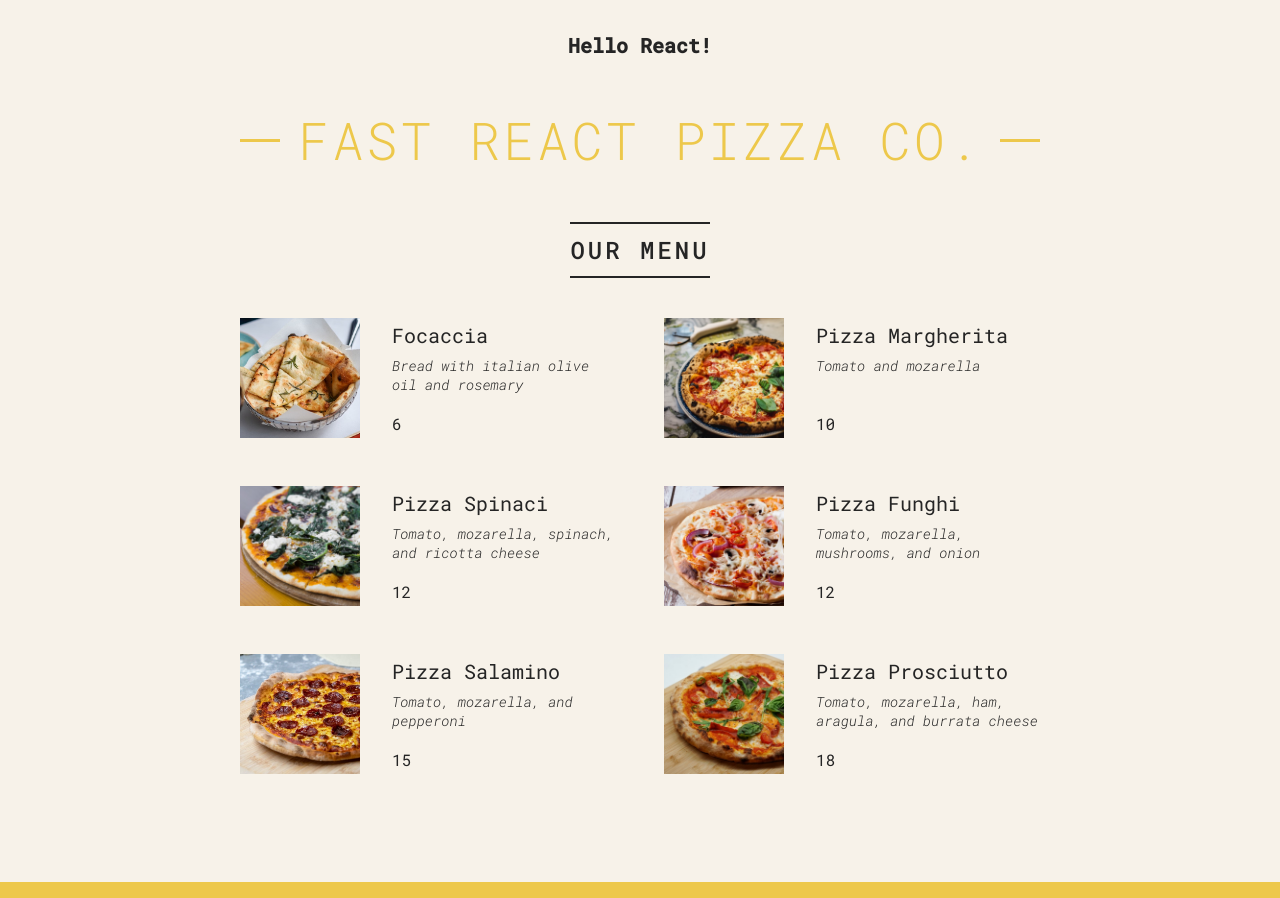
Repository: Alphosmart/03_pizza-menu
Page: /
The author's editor kept a copy of each file at every save. The page is drawn from the files as they stood at one save, then again after the next save.
The browser window is 1280 px wide. The pictures show the whole page.
The project was rebuilt for these pictures with package versions that can differ from the ones it lists, and the page was loaded fresh each time.

Above is the page before, as saved 2024-06-01 23:50:12.

### src/index.js
import React from "react";
import ReactDOM from "react-dom/client";
import "./index.css";

const pizzaData = [
  {
    name: "Focaccia",
    ingredients: "Bread with italian olive oil and rosemary",
    price: 6,
    photoName: "pizzas/focaccia.jpg",
    soldOut: false,
  },
  {
    name: "Pizza Margherita",
    ingredients: "Tomato and mozarella",
    price: 10,
    photoName: "pizzas/margherita.jpg",
    soldOut: false,
  },
  {
    name: "Pizza Spinaci",
    ingredients: "Tomato, mozarella, spinach, and ricotta cheese",
    price: 12,
    photoName: "pizzas/spinaci.jpg",
    soldOut: false,
  },
  {
    name: "Pizza Funghi",
    ingredients: "Tomato, mozarella, mushrooms, and onion",
    price: 12,
    photoName: "pizzas/funghi.jpg",
    soldOut: false,
  },
  {
    name: "Pizza Salamino",
    ingredients: "Tomato, mozarella, and pepperoni",
    price: 15,
    photoName: "pizzas/salamino.jpg",
    soldOut: true,
  },
  {
    name: "Pizza Prosciutto",
    ingredients: "Tomato, mozarella, ham, aragula, and burrata cheese",
    price: 18,
    photoName: "pizzas/prosciutto.jpg",
    soldOut: false,
  },
];

function App() {
  return (
    <div className="container">
      <h1>Hello React!</h1>
      <Header />
      <Menu />
      <Footer />
    </div>
  );
}

function Header() {
  // const style = { color: "red", fontSize: "48px", textTransform: "Uppercase" };
  const style = {};
  return (
    <header className="header">
      <h1 style={style}>Fast React Pizza Co.</h1>
    </header>
  );
}

function Menu() {
  const pizzas = pizzaData;

  return (
    <main className="menu">
      <h2>Our Menu</h2>
      {pizzas && (
        <ul className="pizzas">
          {pizzas.map((pizza) => (
            <Pizza pizzaObj={pizza} key={pizza.name} />
          ))}
        </ul>
      )}

      {/* <Pizza
        name="Pizza Spinaci"
        ingredients="Tomato, mozarella, spinach, and ricotta cheese"
        photoName="pizzas/spinaci.jpg"
        price={10}
      />
      <Pizza
        name="Pizza Funghi"
        ingredients="Tomato, mushrooms"
        price={12}
        photoName="pizzas/funghi.jpg"
      /> */}
    </main>
  );
}

function Pizza(props) {
  console.log(props);
  return (
    <li className="pizza">
      <img src={props.pizzaObj.photoName} alt={props.pizzaObj.name} />

      <div>
        <h3>{props.pizzaObj.name}</h3>
        <p>{props.pizzaObj.ingredients}</p>
        <span>{props.pizzaObj.price}</span>
      </div>
    </li>
  );
}
function Footer() {
  const hour = new Date().getHours();
  const openHour = 20;
  const closeHour = 24;
  const isOpen = hour >= openHour && hour <= closeHour;
  console.log(isOpen);
  // if (hour >= openHour && hour <= closeHour) alert("We're currently open!");
  // else alert("Sorry We're closed!");
  return (
    <footer className="footer">
      {isOpen && (
        <div className="order">
          <p>We're open until {closeHour}:00. Come visit us or order online.</p>
          <button className="btn">Order</button>
        </div>
      )}
    </footer>
  );

  // return React.createElement("footer", null, "We're currently open!");
}

// React v18
const root = ReactDOM.createRoot(document.getElementById("root"));
root.render(
  <React.StrictMode>
    <App />
  </React.StrictMode>
); // or root.render<App />);

//React before v18
// React.render(<App />, document.getElementById("root"));

Loaded but not shown: public/index.html (common file); src/index.css (common file)

After the next save:
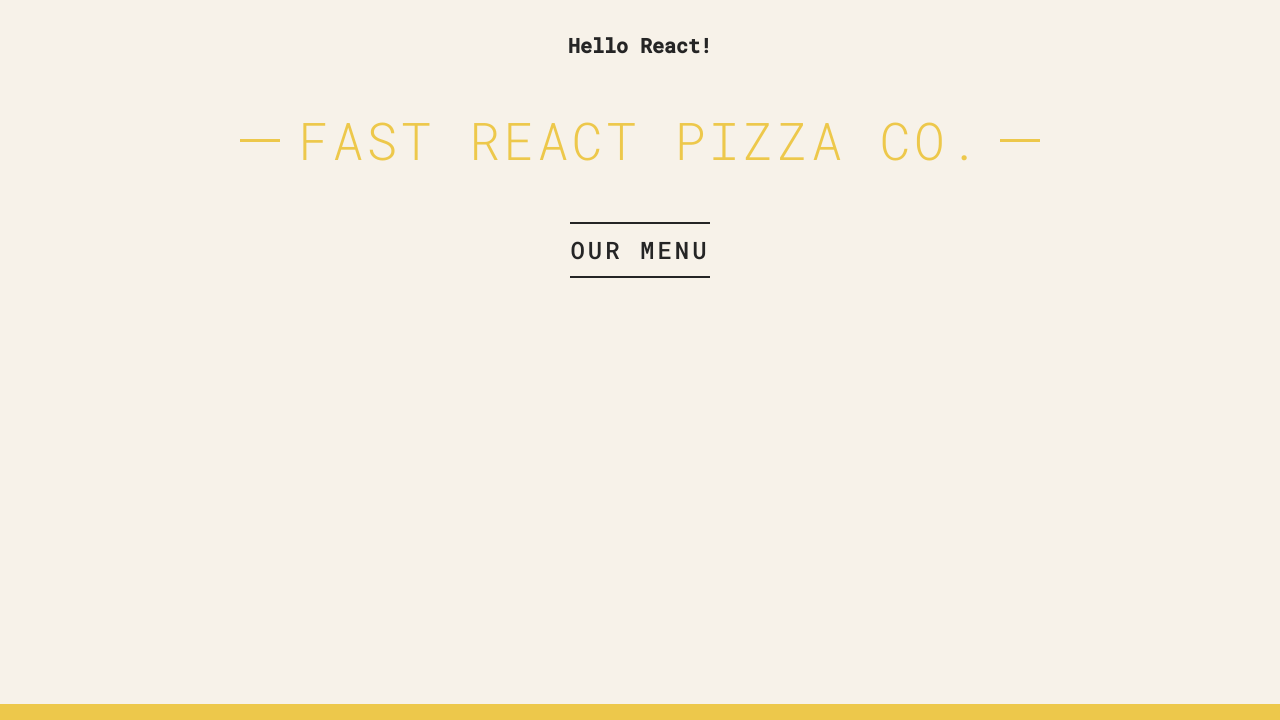
Saved 2 min 3 s later.
--- a/src/index.js
+++ b/src/index.js
@@ -69,7 +69,8 @@
 }
 
 function Menu() {
-  const pizzas = pizzaData;
+  const pizzas = [];
+  const numPizzas = pizzas.length;
 
   return (
     <main className="menu">

After the save that followed:
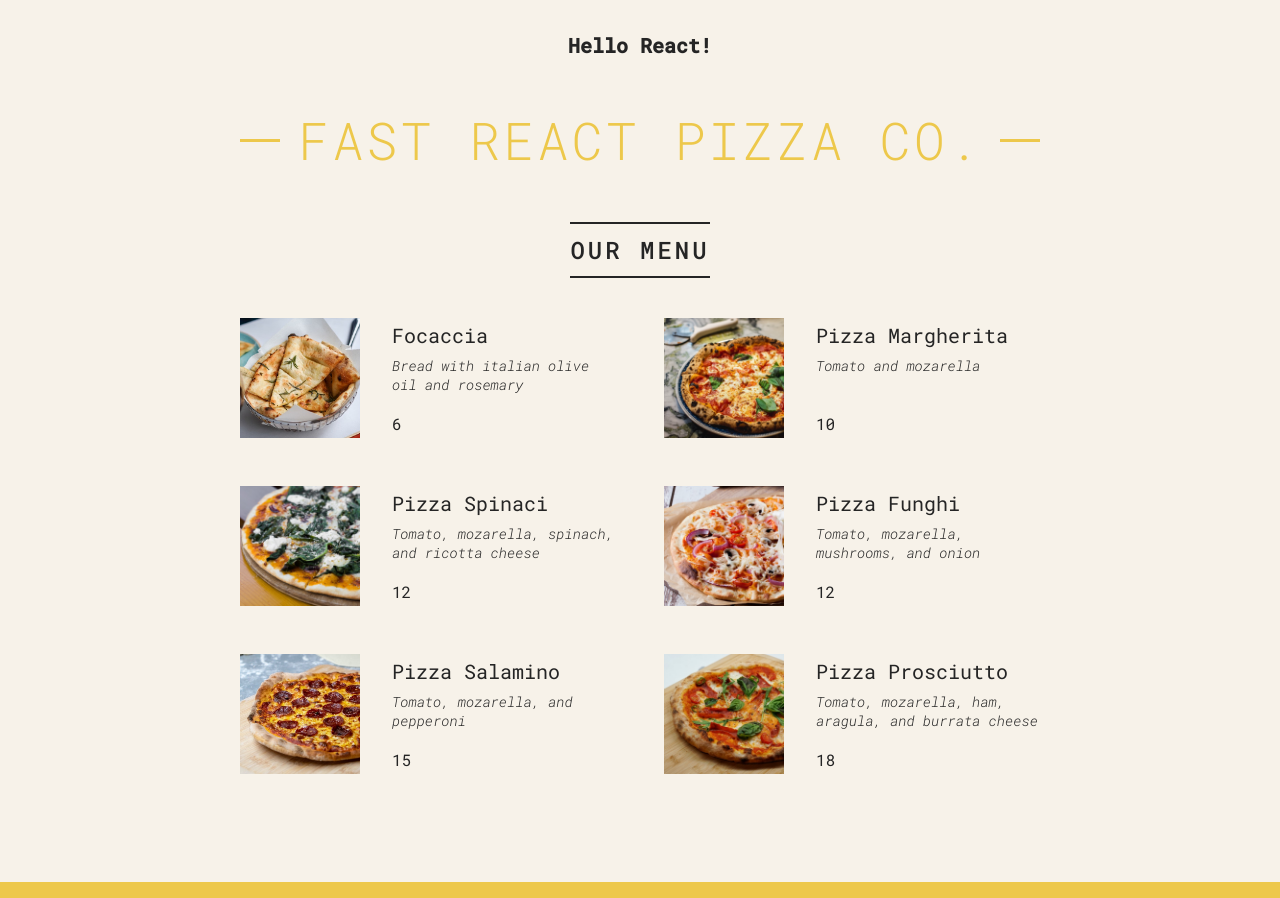
Saved 3 min 11 s later.
--- a/src/index.js
+++ b/src/index.js
@@ -69,13 +69,14 @@
 }
 
 function Menu() {
-  const pizzas = [];
+  const pizzas = pizzaData;
+  // const pizzas = [];
   const numPizzas = pizzas.length;
 
   return (
     <main className="menu">
       <h2>Our Menu</h2>
-      {pizzas && (
+      {numPizzas > 0 && (
         <ul className="pizzas">
           {pizzas.map((pizza) => (
             <Pizza pizzaObj={pizza} key={pizza.name} />
